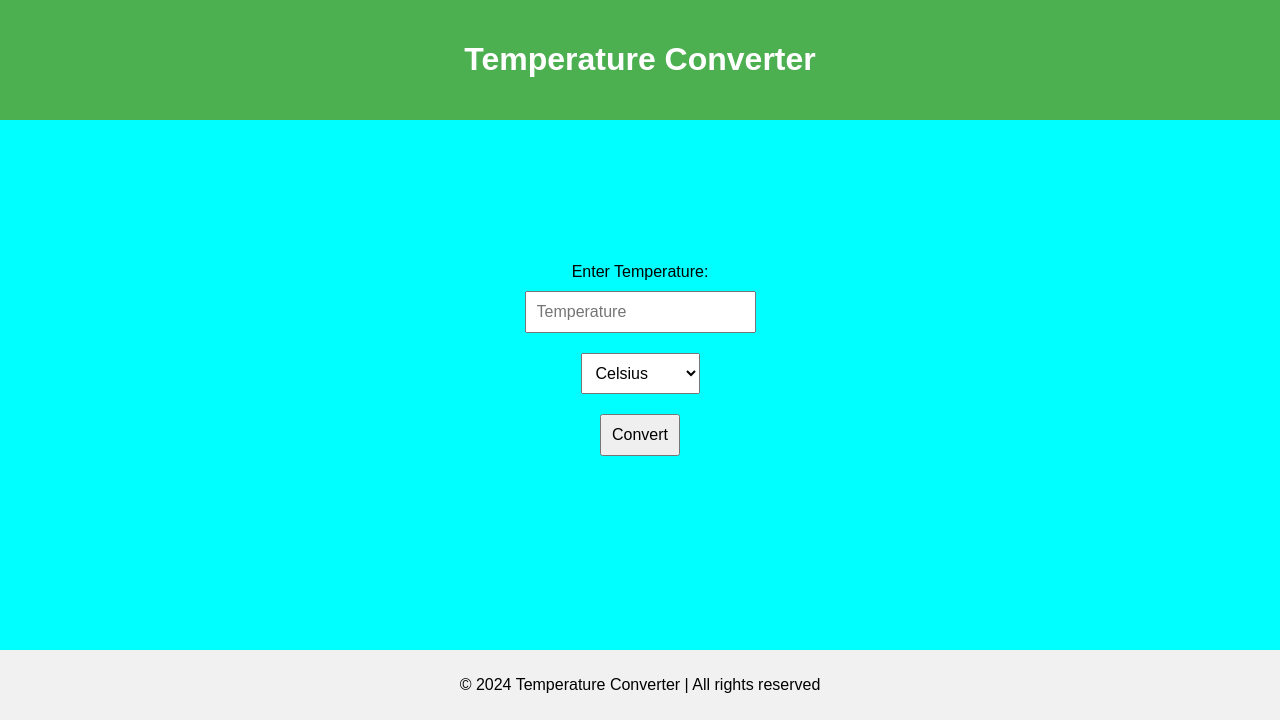
Repository: akhiranandan-04/Temperature-Converter
Page: index.html
The author's editor kept a copy of each file at every save. The page is drawn from the files as they stood at one save, then again after the next save.
The browser window is 1280 px wide. The pictures show the whole page.

Above is the page before, as saved 2024-10-19 13:06:30.

### index.html
<!DOCTYPE html>
<html lang="en">
<head>
    <meta charset="UTF-8">
    <meta name="viewport" content="width=device-width, initial-scale=1.0">
    <title>Temperature Converter</title>
    <link rel="stylesheet" href="style.css">
</head>
<body>
    <header>
        <h1>Temperature Converter</h1>
    </header>

    <div class="converter">
        <label for="tempInput">Enter Temperature:</label>
        <input type="number" id="tempInput" placeholder="Temperature">

        <select id="tempType">
            <option value="C">Celsius</option>
            <option value="F">Fahrenheit</option>
        </select>

        <button onclick="convertTemp()">Convert</button>

        <p id="result"></p>
    </div>

    <footer>
        <p>&copy; 2024 Temperature Converter | All rights reserved</p>
    </footer>

    <script src="script.js"></script>
</body>
</html>

### style.css
body {
    font-family: Arial, sans-serif;
    display: flex;
    flex-direction: column;
    justify-content: space-between;
    min-height: 100vh;
    margin: 0;
}

header {
    text-align: center;
    background-color: #4CAF50;
    padding: 20px;
    color: white;
}

.converter {
    display: flex;
    flex-direction: column;
    align-items: center;
    justify-content: center;
    flex: 1;
    background-color: aqua;
}

.converter input, .converter select, .converter button {
    margin: 10px;
    padding: 10px;
    font-size: 16px;
}

.converter p {
    font-size: 20px;
    font-weight: bold;
}

footer {
    text-align: center;
    padding: 10px;
    background-color: #f1f1f1;
}

### script.js
function convertTemp() {
    let temp = document.getElementById('tempInput').value;
    let tempType = document.getElementById('tempType').value;
    let resultText = '';

    if (temp === '') {
        resultText = 'Please enter a temperature!';
    } else {
        temp = parseFloat(temp);
        if (tempType === 'C') {
            // Celsius to Fahrenheit
            let convertedTemp = (temp * 9/5) + 32;
            resultText = `${temp}°C is ${convertedTemp.toFixed(2)}°F`;
        } else if (tempType === 'F') {
            // Fahrenheit to Celsius
            let convertedTemp = (temp - 32) * 5/9;
            resultText = `${temp}°F is ${convertedTemp.toFixed(2)}°C`;
        }
    }

    document.getElementById('result').innerText = resultText;
}

After the next save:
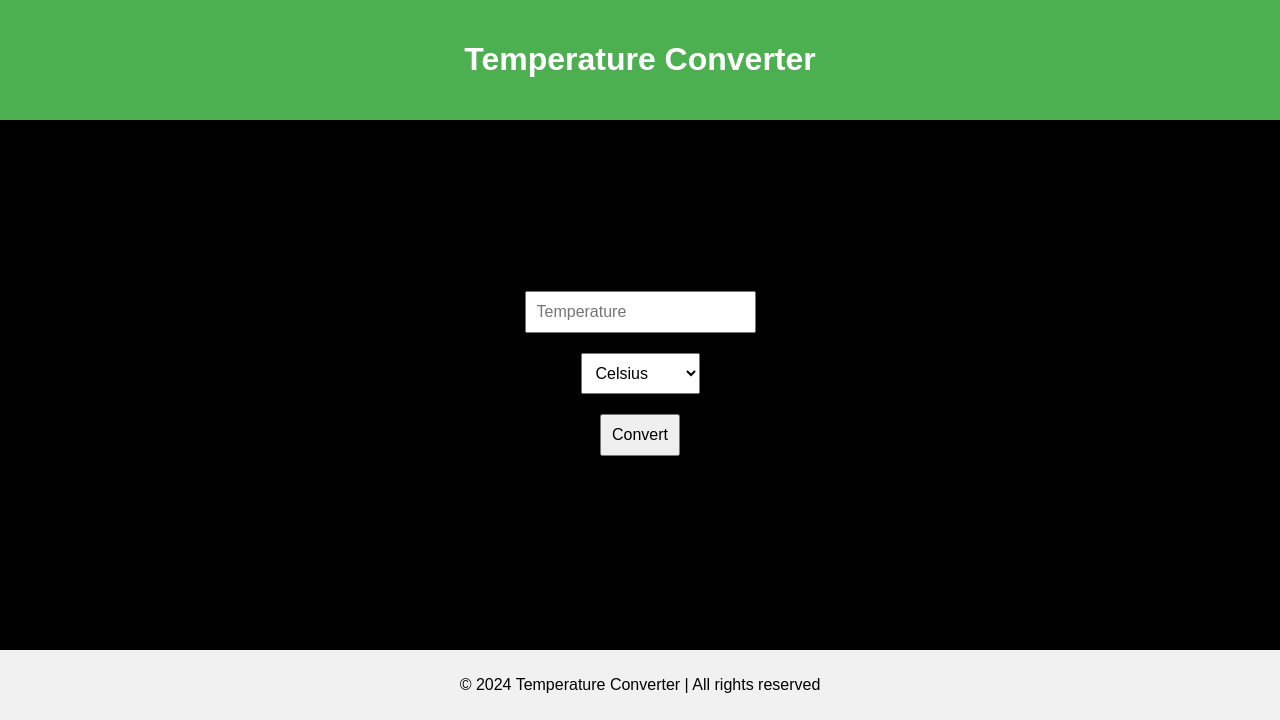
Saved 16 s later.
--- a/style.css
+++ b/style.css
@@ -20,7 +20,7 @@ header {
     align-items: center;
     justify-content: center;
     flex: 1;
-    background-color: aqua;
+    background-color:black;
 }
 
 .converter input, .converter select, .converter button {
